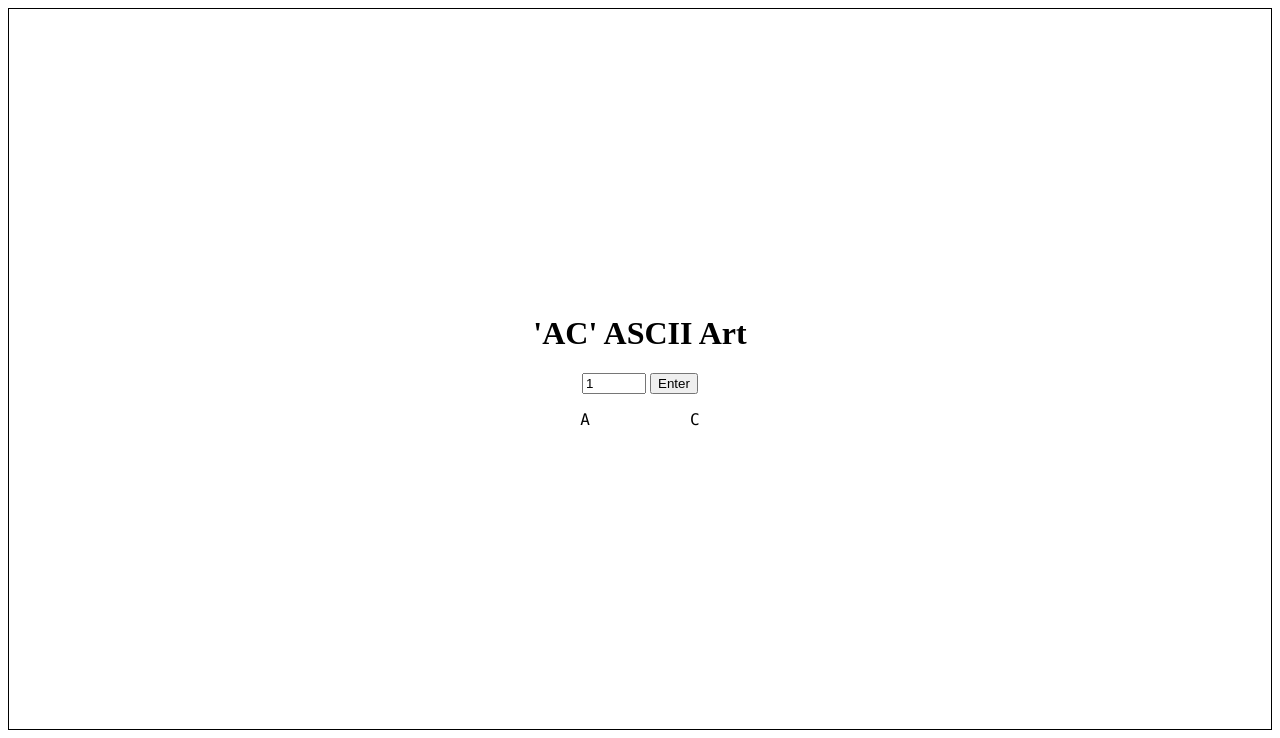
Repository: Achorn/ascii-art
Page: index.html
The author's editor kept a copy of each file at every save. The page is drawn from the files as they stood at one save, then again after the next save.
The browser window is 1280 px wide. The pictures show the whole page.

Above is the page before, as saved 2021-08-10 16:16:55.

### index.html
<!DOCTYPE html>
<html lang="en">
  <head>
    <link rel="stylesheet" href="styles.css" />
    <meta charset="UTF-8" />
    <meta http-equiv="X-UA-Compatible" content="IE=edge" />
    <meta name="viewport" content="width=device-width, initial-scale=1.0" />
    <title>Document</title>
  </head>
  <body>
    <h1>'AC' ASCII Art</h1>
    <div>
      <input id="scale-input" type="number" min="1" value="1" max="150" />
      <button id="myBtn" onclick="handlePress()">Enter</button>
    </div>
    <div id="ascii-container">
      <div id="a-container">
        <p id="mono-a" style="font-family: 'Lucida Console', monospace">A</p>
      </div>
      <div id="c-container">
        <p id="mono-c" style="font-family: 'Lucida Console', monospace">C</p>
      </div>
    </div>
    <script type="text/javascript" src="myscripts.js"></script>
  </body>
</html>

### styles.css
body {
  border: 1px solid black;
  display: flex;
  flex-direction: column;
  justify-content: center;
  align-items: center;
  height: 100vh;
}

form {
  border: 2px solid grey;
  height: 500px;
  /* width: 400px; */
  text-align: center;
}

#ascii-container {
  display: flex;
}

#a-container {
  /* background-color: pink; */
}
#c-container {
  /* background-color: pink; */
}
#mono-a {
  /* font-size: 25.5vw; */
  padding: 0px 50px 0px 50px;
  white-space: pre;
}
#mono-c {
  padding: 0px 50px 0px 50px;
  white-space: pre;
}

### myscripts.js
let monoA = document.getElementById("mono-a");
let monoC = document.getElementById("mono-c");
let scaleInput = document.getElementById("scale-input");

//manual inputs for <= 4

let aMinis = {
  one: ["A"],
  two: [
    [" ", "A", " "],
    ["A", " ", "A"],
  ],
  three: [
    [" ", " ", "A", " ", " "],
    [" ", "A", "A", "A", " "],
    ["A", " ", " ", " ", "A"],
  ],
};
let cMinis = {
  one: ["C"],
  two: [["C"], ["C"]],

  three: [
    [" ", "C", "C", "C"],
    ["C", " ", " ", " "],
    [" ", "C", "C", "C"],
  ],
};

let fourA = [
  [" ", " ", " ", "A"],
  [" ", " ", "A", " "],
  [" ", "A", "A", "A"],
  ["A", " ", " ", " "],
];
let fourC = [
  [" ", "C", "C", "C", " "],
  ["C", " ", " ", " ", " "],
];

//Scaling and Converting arrays to strings

function scaleConcat(array, factor) {
  let scaled = [];

  for (const row of array) {
    let x = [];

    for (const item of row) x = x.concat(Array(factor).fill(item));

    scaled = scaled.concat(Array(factor).fill(x));
  }

  return scaled;
}
function arrToString(arr) {
  let string = "";
  if (arr.length == 1) {
    string += arr.join("") + "<br>";
    return string;
  }
  for (let i = 0; i < arr.length; i++) {
    string += arr[i].join("") + "<br>";
  }
  return string;
}

function halfAToString(arr) {
  let string = "";
  for (let i = 0; i < arr.length; i++) {
    string += arr[i].join("");
    let rev = arr[i].slice();
    string += rev.reverse().join("");
    string += "<br>";
  }
  return string;
}

function halfCToString(arr, padding) {
  let string = "";
  for (let i = 0; i < arr.length; i++) {
    string += arr[i].join("");
    string += "<br>";
  }
  for (let i = 0; i < padding.length; i++) {
    string += padding[i].join("");
    string += "<br>";
  }
  for (let i = arr.length - 1; i >= 0; i--) {
    string += arr[i].join("");
    string += "<br>";
  }
  return string;
}

//Functions to smooth out characters to look less blocky

function trimA(arr, lWidth) {
  for (i = 0; i < arr.length; i++) {
    let disp = lWidth - (i % lWidth) - 1;
    let newArr = arr[i].slice();
    for (let j = 0; j < disp; j++) {
      newArr.pop();
      newArr.unshift(" ");
    }
    arr[i] = newArr;
  }
}

function trimC(arr, lWidth) {
  for (i = 0; i < lWidth; i++) {
    //add 2*i to center
    let newArr = arr[i].slice();
    for (let j = 0; j < i * 2; j++) {
      newArr.splice(newArr.length / 2, 0, "C");
    }

    //remove i from sides
    for (let j = 0; j < i; j++) {
      newArr.pop();
      newArr.shift();
    }
    arr[i] = newArr;
  }
}

//Padding Functions
//when height is not a multiple of 4, we take the closes multiple of 4 that is below selected height.
//then padd the center or edges or array

function padA(arr, padding, scale) {
  for (let i = 0; i < padding; i++) {
    //if pad is even
    if (i % 2 != 0) {
      arr.forEach((subArr) => {
        subArr.push(subArr[subArr.length - 1]);
      });
      //add top layer with spaces till the end
      let topArr = [];
      for (let i = 0; i < arr[0].length - 1; i++) {
        topArr.push(" ");
      }
      topArr.push("A");
      arr.unshift(topArr);

      //remove thick bottom line in center
      arr[scale][arr[scale].length - 1] = " ";
    } else {
      // if pad is odd
      let newLine = [...arr[arr.length - 1]];
      //add space to end
      newLine.push(" ");
      //add spaces to beginning of each array
      for (let j = 0; j < arr.length; j++) {
        arr[j].unshift(" ");
      }

      // push new bottom to array
      arr.push(newLine);
    }
  }
}
function padJoinC(arr, padding) {
  //vertical height padding
  let pad = [];
  for (let i = 0; i < padding; i++) {
    pad.push(arr[arr.length - 1]);

    for (let i = 0; i < arr.length; i++) {
      arr[i].splice(arr[i].length / 2, 0, arr[i][arr.length / 2]);
    }
  }

  return halfCToString(arr, pad);
}

function getMinis(height) {
  return height == 1
    ? [aMinis.one, cMinis.one]
    : height == 2
    ? [aMinis.two, cMinis.two]
    : [aMinis.three, cMinis.three];
}

//Main Function for inputs

function scaleLetters(height) {
  let scaledA, scaledC;
  let padding = height % 4;
  let scale = (height - padding) / 4;

  if (height < 4) {
    [scaledA, scaledC] = getMinis(height);
    scaledA = arrToString(scaledA);
    scaledC = arrToString(scaledC);
  }

  //check to see if scale is divisible by 4
  else {
    console.log("height: ", height, " padding: ", padding, " scale: ", scale);

    //scale letters
    scaledA = fourA.map((arr) => arr.slice());
    scaledC = fourC.map((arr) => arr.slice());
    scaledA = scaleConcat(scaledA, scale);
    trimA(scaledA, scale);
    scaledC = scaleConcat(scaledC, scale);
    trimC(scaledC, scale);

    //add the aprop padding between the factors of 4 either 0-1
    scaledC = padJoinC(scaledC, padding);
    padA(scaledA, padding, scale);
    scaledA = halfAToString(scaledA);
    // scaledC = arrToString(scaledC);

    // return newly scaled
  }
  monoA.style.fontSize = `${60 / scale}px`;
  monoC.style.fontSize = `${60 / scale}px`;

  monoA.innerHTML = scaledA;
  monoC.innerHTML = scaledC;
}

//basic html even listeners

scaleInput.addEventListener("keyup", function (event) {
  if (event.keyCode === 13) {
    event.preventDefault();
    document.getElementById("myBtn").click();
  }
});

function handlePress() {
  let scale = scaleInput.value;
  scaleLetters(scale);
}

After the next save:
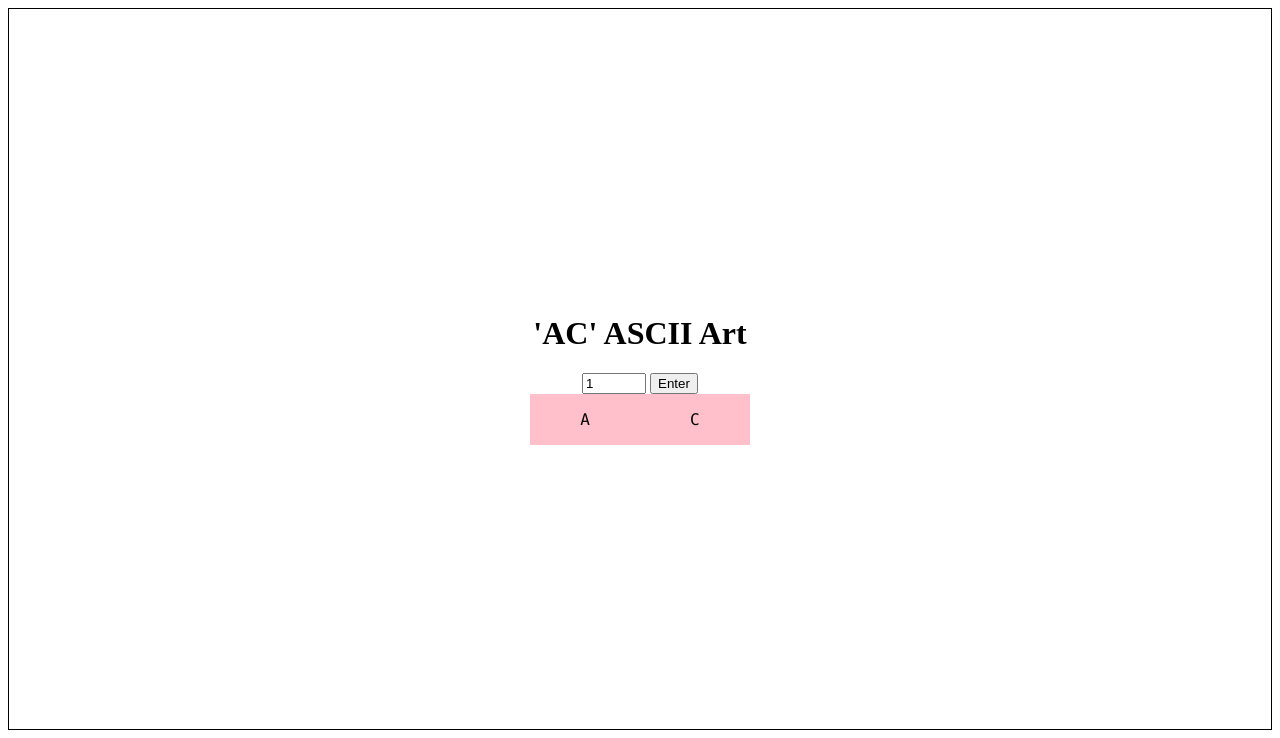
Saved 13 min 57 s later.
--- a/styles.css
+++ b/styles.css
@@ -19,10 +19,10 @@ form {
 }
 
 #a-container {
-  /* background-color: pink; */
+  background-color: pink;
 }
 #c-container {
-  /* background-color: pink; */
+  background-color: pink;
 }
 #mono-a {
   /* font-size: 25.5vw; */
